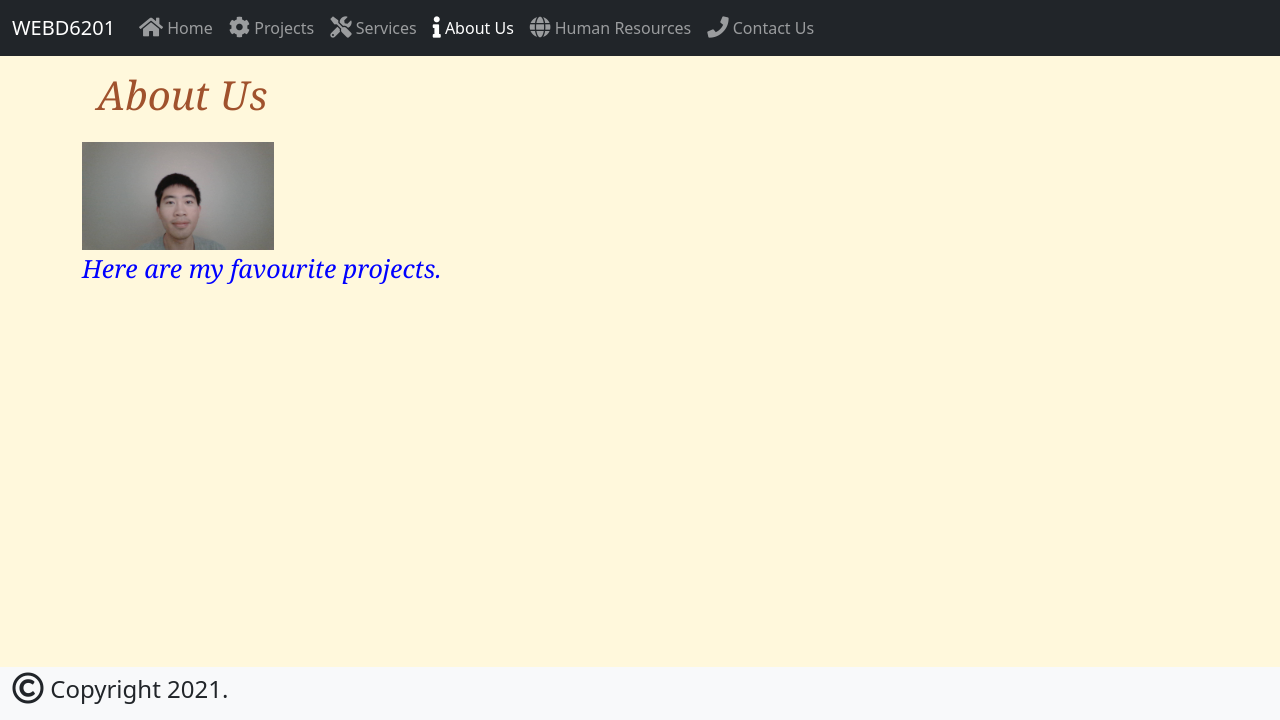
Repository: YiuWingLau/WEBD6201-W2021-Lab1
Page: about.html
These files come from the project's save history. The page is drawn as it stood at one moment and after the next save; the edit follows.
The browser window is 1280 px wide. The pictures show the whole page.

Above is the page before, as saved 2021-02-04 15:10:38.

### about.html
<!DOCTYPE html>
<html lang="en">
<head>
    <meta charset="UTF-8">
    <meta name="viewport" content="width=device-width, initial-scale=1.0">
    <title>About</title>

    <!--CSS Section -->
    <link rel="stylesheet" href="./node_modules/bootstrap/dist/css/bootstrap.min.css">
    <link rel="stylesheet" href="./node_modules/@fortawesome//fontawesome-free/css/all.min.css">
    <link rel="stylesheet" href="./Content/app.css">
</head>
<body>
    <!-- Main Header-->
    <header>
      <!-- Main Navigation-->
      <nav class="navbar navbar-expand-lg navbar-dark bg-dark">
          <div class="container-fluid">
            <a class="navbar-brand" href="index.html">WEBD6201</a>
            <button class="navbar-toggler" type="button" data-bs-toggle="collapse" data-bs-target="#navbarSupportedContent" aria-controls="navbarSupportedContent" aria-expanded="false" aria-label="Toggle navigation">
              <span class="navbar-toggler-icon"></span>
            </button>
            <div class="collapse navbar-collapse" id="navbarSupportedContent">
              <ul class="navbar-nav me-auto mb-2 mb-lg-0">

                <li id="navBarIndex" class="nav-item">
                  <a class="nav-link" aria-current="page" href="index.html"><i class="fas fa-home fa-lg"></i> Home</a>
                </li>

                <li id="navBarProjects" class="nav-item">
                  <a class="nav-link" aria-current="page" href="products.html"><i class="fas fa-cog fa-lg"></i> Products</a>
                </li>

                <li id="navBarServices" class="nav-item">
                  <a class="nav-link" aria-current="page" href="services.html"><i class="fas fa-tools fa-lg"></i> Services</a>
                </li>

                <li id="navBarAboutUs" class="nav-item">
                  <a class="nav-link active" aria-current="page" href="about.html"><i class="fas fa-info fa-lg"></i> About Us</a>
                </li>

                <li id="navBarContactUs" class="nav-item">
                  <a class="nav-link" aria-current="page" href="contact.html"><i class="fas fa-phone fa-lg"></i> Contact Us</a>
                </li>

              </ul>
            </div>
          </div>
      </nav>
    </header>

    <!-- Main Content -->
    <main class="container">
        <h1>About Us</h1>
    </main>

    <!-- Main Footer -->
    <footer>
        <nav class="navbar fixed-bottom navbar-light bg-light">
            <div class="container-fluid">
              <h4><i class="far fa-copyright fa-lg"></i> Copyright 2021.</a></h4>
            </div>
        </nav>
    </footer>
    <!-- JavaScript Section -->
    <script src="./node_modules/jquery/dist/jquery.min.js"></script>
    <script src="./node_modules/bootstrap/dist/js/bootstrap.bundle.min.js"></script>
    <script src="./Scripts/app.js"></script>
</body>
</html>

### Content/app.css
h1 {
    padding: 15px;
    color: sienna;
    font-family: Cambria, Cochin, Georgia, Times, 'Times New Roman', serif;
    font-style: italic;
}

p {
    color: blue;
    font-family:Cambria, Cochin, Georgia, Times, 'Times New Roman', serif;
    font-style: italic;
    font-size: 25px;
    text-align: justify;
}

body {
    background-color: cornsilk;
}

#homePicture {
    width: 1000px;
    height: 600px;
}

### Scripts/app.js
/* custom JavaScript goes here */

//IIFE - Immediately Invoked Function Expression
//AKA - Anonymous Self-Executing Function
//Closure - limits scope leak

"use strict";

(function()
{
    function displayHome()
    {
        let myhomebackground = document.createElement("img");
        myhomebackground.setAttribute("id", "homepic");
        myhomebackground.setAttribute("src", "./images/homepagebackground.jpg");
        myhomebackground.setAttribute("alt", "Computer Programmer");

        // Step 1. document.createElement
        let newParagraph = document.createElement("p");
        // Step 2. configure the element
        newParagraph.setAttribute("id", "paragraphTwo");
        newParagraph.textContent = "This is my home page";
        // Step 3. select the parent element
        let mainContent = document.getElementsByTagName("main")[0];
        mainContent.appendChild(myhomebackground);
        // Step 4. Add / Insert the element
        mainContent.appendChild(newParagraph);
        //newParagraph.className = "fs-6";
    }

    function displayAbout()
    {
        //create new element Human Resources
        let myPicture = document.createElement("img");
        myPicture.setAttribute("id", "myImage");
        myPicture.setAttribute("src", "./images/img_me.jpg");
        myPicture.setAttribute("alt", "Nelson Lau");
        myPicture.setAttribute("width", "192");
        myPicture.setAttribute("height", "108");

        // Step 1. document.createElement
        let ParagraphOne = document.createElement("p");
        // Step 2. configure the element
        ParagraphOne.setAttribute("id", "myIntroduction");
        ParagraphOne.textContent = "Here are my favourite projects.";
        // Step 3. select the parent element
        let mainContent = document.getElementsByTagName("main")[0];
        mainContent.appendChild(myPicture);
        // Step 4. Add / Insert the element
        mainContent.appendChild(ParagraphOne);
        ParagraphOne.className = "fs-lg";

    }

    function displayProjects()
    {
        // Step 1. document.createElement
        let newParagraph = document.createElement("p");
        // Step 2. configure the element
        newParagraph.setAttribute("id", "myprojects");
        newParagraph.textContent = "Here are my famourite projects.";
        // Step 3. select the parent element
        let mainContent = document.getElementsByTagName("main")[0];
        // Step 4. Add / Insert the element
        mainContent.appendChild(newParagraph);
        newParagraph.className = "fs-12";
    }

    function displayHumanResources()
    {

    }

    function displayServices()
    {

        // another way of injecting content
        let paragraphDiv = document.createElement("div");
        let paragraphThree = `<p id="paragraphThree" class="fs-7 fw-bold">And this is the Third Paragraph</p>`;
        paragraphDiv.innerHTML = paragraphThree;

        // insertions

        // example of inserting before a node
        // newParagraph.before(paragraphDiv);

        // example of inserting after a node
        newParagraph.after(paragraphDiv);

        // deletions

        // example of removing a single element
        //paragraphOneElement.remove();

        // example of removeChild
       // mainContent.removeChild(paragraphOneElement);
        // update / modification
        //mainContent.firstElementChild.textContent = "Welcome Home!";
    }

    function displayContact()
    {
        let messageArea = document.getElementById("messageArea");
        messageArea.hidden = true;

        // form validation
        let fullName = document.getElementById("fullName");
        fullName.addEventListener("blur", function() {
            if(fullName.value.length < 2)
            {
                fullName.focus();
                fullName.select();
                messageArea.hidden = false;
                messageArea.className = "alert alert-danger";
                messageArea.textContent = "Please enter an appropriate Name";
            }
            else
            {
                messageArea.removeAttribute("class");
                messageArea.hidden = true;
            }
        });

        let sendButton = document.getElementById("sendButton");
        sendButton.addEventListener("click", function(event){
            //event.preventDefault();

            let contact = new Contact(fullName.value, contactNumber.value, emailAddress.value);

            if(contact.serialize())
            {
              localStorage.setItem((localStorage.length + 1).toString(), contact.serialize());
            }

        });
    }

    function displayContactList()
    {
      if (localStorage.length > 0)
      {
        let contactList = document.getElementById("contactList");

        let data = "";

        for (let index = 0; index < localStorage.length; index++)
        {
          let contactData = localStorage.getItem((index + 1).toString());

          let contact = new Contact();
          contact.deserialize(contactData);

          data += `<tr>
          <th scope="row">${index + 1}</th>
          <td>${contact.FullName}</td>
          <td>${contact.ContactNumber}</td>
          <td>${contact.EmailAddress}</td>
        </tr>`;
        }

        contactList.innerHTML = data;
      }
    }

    // function to correct the wrong link and text content in navigation bar
    function changeNavBarName()
    {
        let navName = document.getElementById("navBarProjects");
        navName.innerHTML = `<a class='nav-link' aria-current='page' href='projects.html'><i class="fas fa-cog fa-lg"></i> Projects</a>`;
    }

    // function to add Human Resource element to Nav Bar between About Us and Contact Us
    function addNewNavBarElement()
    {
        //create new element Human Resources
        let newListElement = document.createElement("li");
        newListElement.setAttribute("id", "navBarHumanResources");
        newListElement.setAttribute("class", "nav-item");
        newListElement.innerHTML = `<a class='nav-link' aria-current='page' href='Human-Resources.html'><i class="fas fa-globe fa-lg"></i> Human Resources</a>`;
        // append new element after About Us
        let aboutUsListElement = document.getElementById("navBarAboutUs");
        aboutUsListElement.after(newListElement);
    }

    function Start()
    {
        console.log("App Started...");

        changeNavBarName();

        addNewNavBarElement();

        switch (document.title)
        {
          case "Home":
              displayHome();
            break;
          case "About":
              displayAbout();
            break;
          case "Projects":
              displayProjects();
            break;
          case "Human Resources":
              displayHumanResources();
            break;
          case "Services":
              displayServices();
            break;
          case "Contact":
              displayContact();
            break;
          case "Contact-List":
            displayContactList();
          break;
        }

    }

    window.addEventListener("load", Start);

})();

Loaded but not shown: node_modules/bootstrap/dist/css/bootstrap.min.css (library); node_modules/@fortawesome/fontawesome-free/css/all.min.css (library); node_modules/jquery/dist/jquery.min.js (library); node_modules/bootstrap/dist/js/bootstrap.bundle.min.js (library)

After the next save:
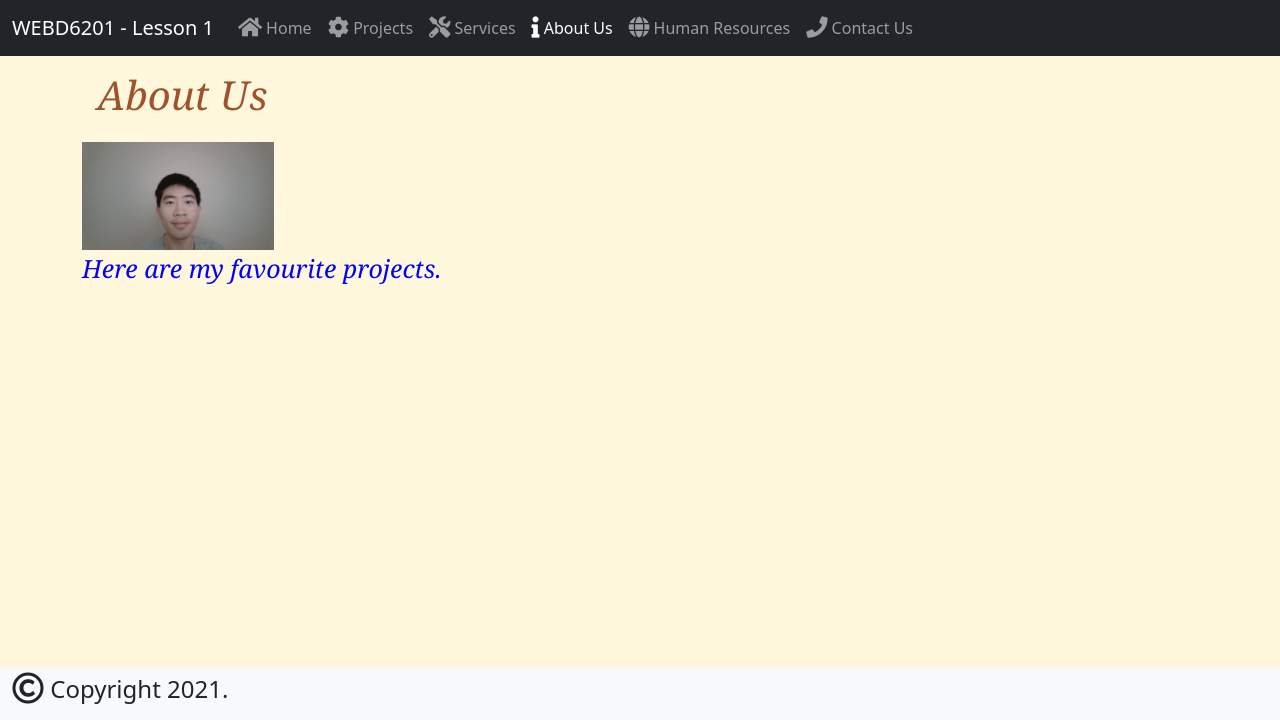
Saved 1 s later.
--- a/about.html
+++ b/about.html
@@ -16,7 +16,7 @@
       <!-- Main Navigation-->
       <nav class="navbar navbar-expand-lg navbar-dark bg-dark">
           <div class="container-fluid">
-            <a class="navbar-brand" href="index.html">WEBD6201</a>
+            <a class="navbar-brand" href="index.html">WEBD6201 - Lesson 1</a>
             <button class="navbar-toggler" type="button" data-bs-toggle="collapse" data-bs-target="#navbarSupportedContent" aria-controls="navbarSupportedContent" aria-expanded="false" aria-label="Toggle navigation">
               <span class="navbar-toggler-icon"></span>
             </button>
--- a/Scripts/app.js
+++ b/Scripts/app.js
@@ -11,7 +11,7 @@
     function displayHome()
     {
         let myhomebackground = document.createElement("img");
-        myhomebackground.setAttribute("id", "homepic");
+        myhomebackground.setAttribute("id", "homePicture");
         myhomebackground.setAttribute("src", "./images/homepagebackground.jpg");
         myhomebackground.setAttribute("alt", "Computer Programmer");
 
@@ -19,7 +19,7 @@
         let newParagraph = document.createElement("p");
         // Step 2. configure the element
         newParagraph.setAttribute("id", "paragraphTwo");
-        newParagraph.textContent = "This is my home page";
+        newParagraph.textContent = "I'm welcome everyone to visit my site";
         // Step 3. select the parent element
         let mainContent = document.getElementsByTagName("main")[0];
         mainContent.appendChild(myhomebackground);
